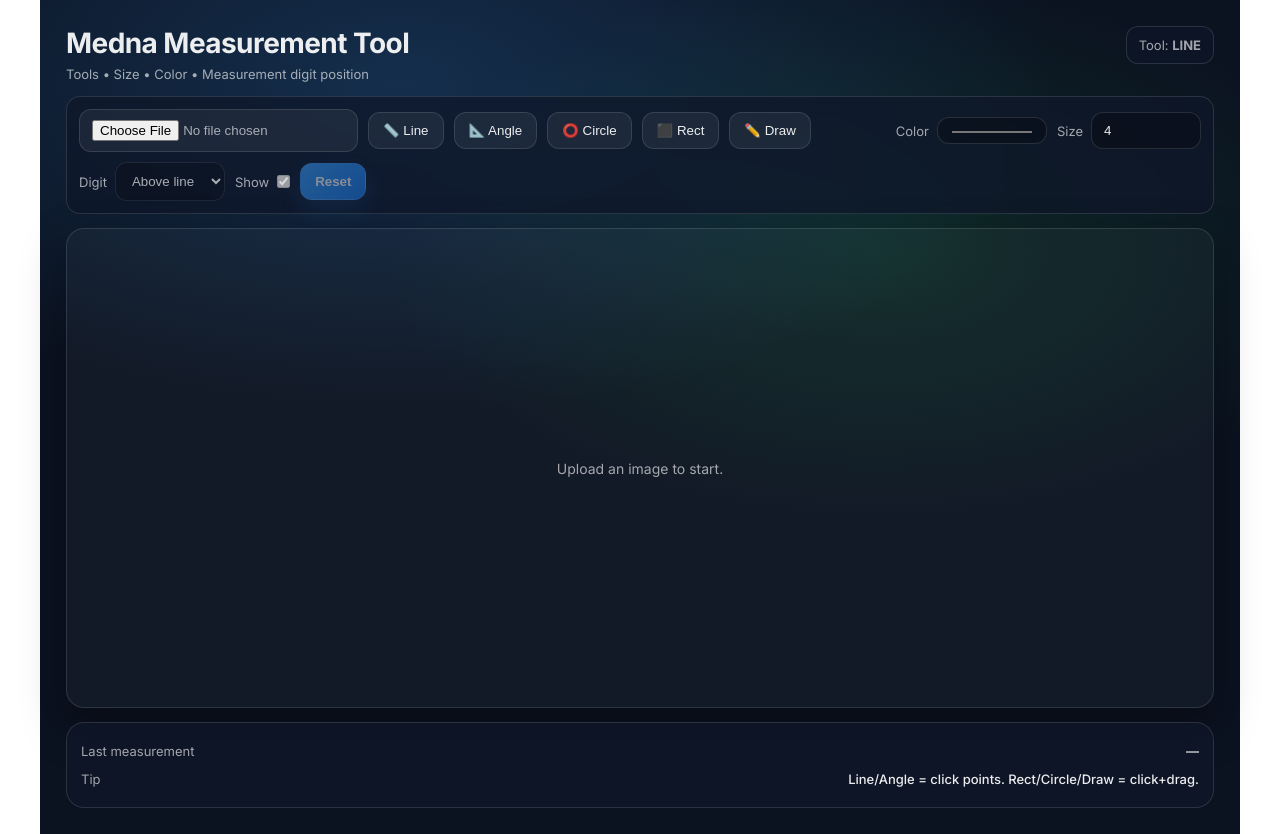
Repository: Sumaiya43/medna-tools
Page: /
The author's editor kept a copy of each file at every save. The page is drawn from the files as they stood at one save, then again after the next save.
The browser window is 1280 px wide. The pictures show the whole page.
The project was rebuilt for these pictures with package versions that can differ from the ones it lists, and the page was loaded fresh each time. The framework's server and built-in components were replaced by stand-ins that run in the browser. Also part of the build but not shown: next.config.mjs.

Above is the page before, as saved 2026-02-26 19:08:39.

After the next save:
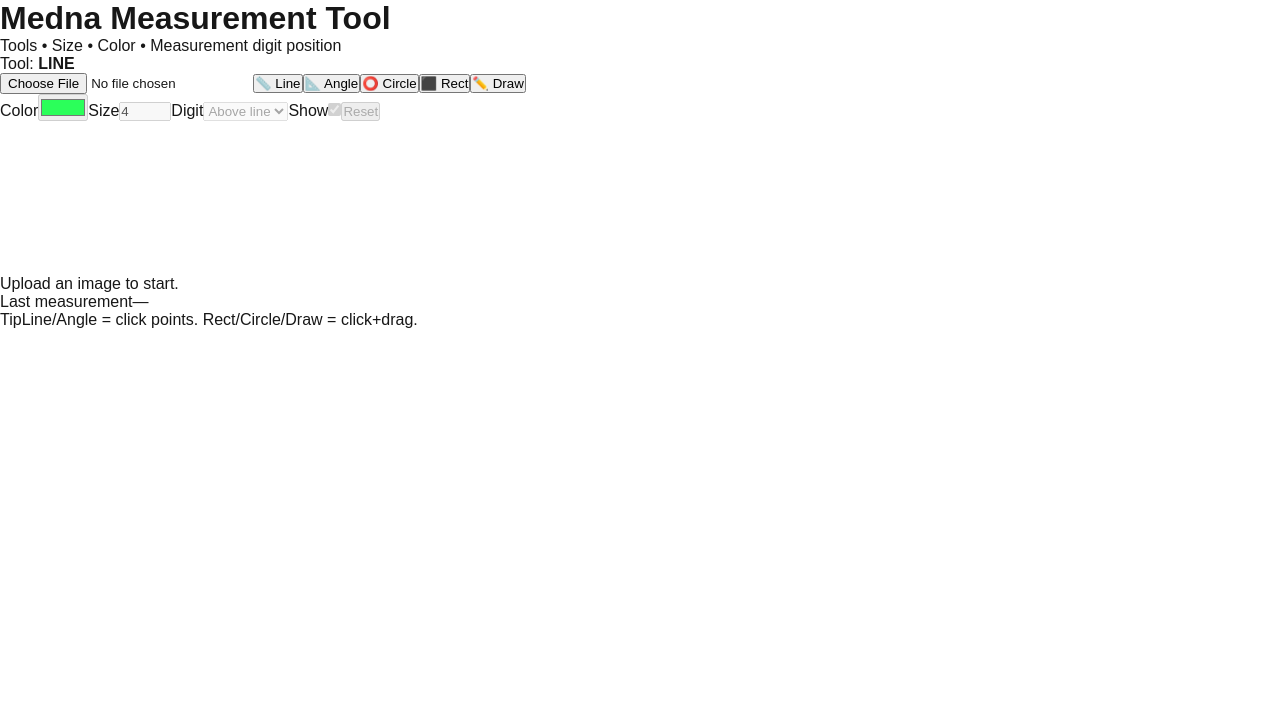
Saved 36 s later.
--- a/src/app/page.module.css
+++ b/src/app/page.module.css
@@ -1,4 +1,4 @@
-@import url("https://fonts.googleapis.com/css2?family=Inter:wght@400;500;600;700&display=swap");
+/* @import url("https://fonts.googleapis.com/css2?family=Inter:wght@400;500;600;700&display=swap");
 
 :root {
   --bg: #0b1220;
@@ -166,7 +166,7 @@
   box-shadow: 0 18px 44px rgba(0, 0, 0, 0.35);
   position: relative;
 
-  /* ✅ Fixed viewport height (NO SCROLL) */
+
   height: 480px;
   overflow: hidden;
 }
@@ -258,4 +258,4 @@
   .panelGrid {
     grid-template-columns: 1fr;
   }
-}
+} */
